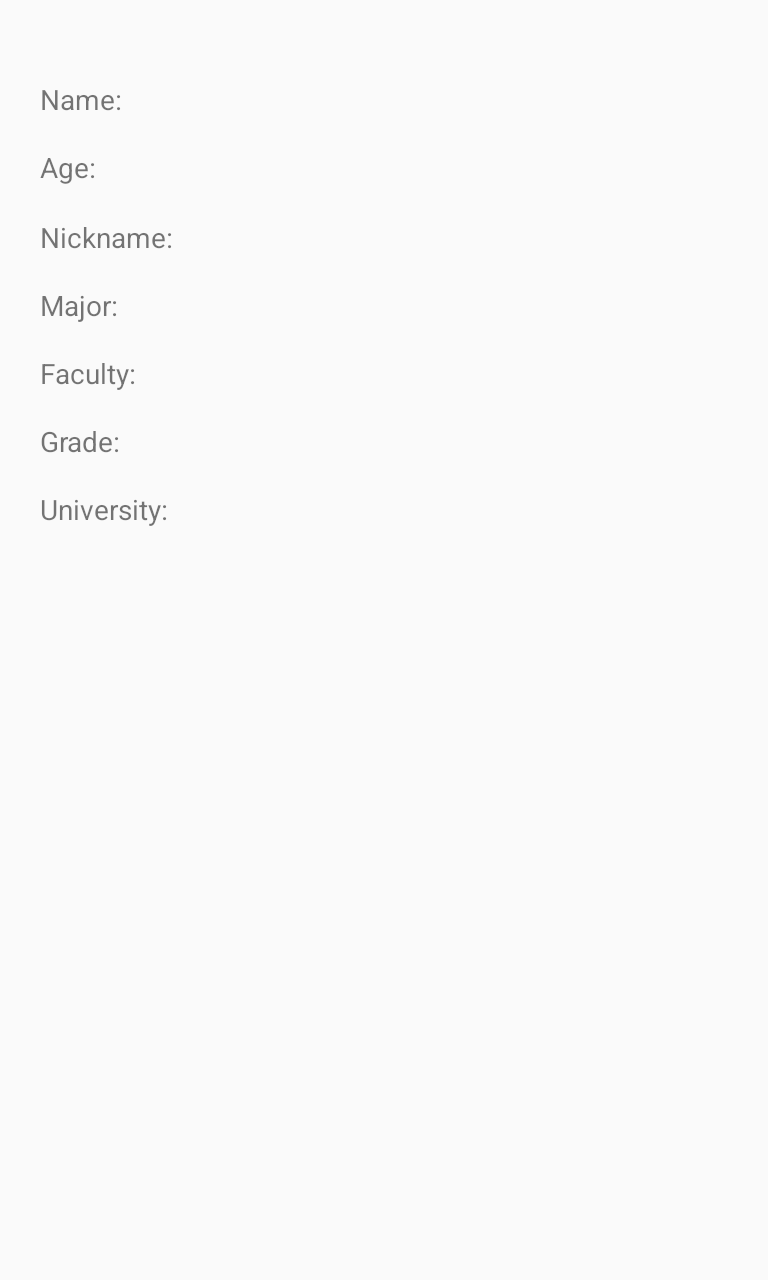
Repository: Android55410599/PROFILE
Layout: Resume_55410559/res/layout/resume.xml
The author's editor kept a copy of each file at every save. The layout is drawn from the files as they stood at one save, then again after the next save.
It is drawn on a 768 x 1280 px phone screen (xhdpi) without system bars, with theme AppTheme; the app's code is not run.

Above is the layout before, as saved 2014-09-06 02:14:46.

### Resume_55410559/res/layout/resume.xml
<?xml version="1.0" encoding="utf-8"?>
<RelativeLayout xmlns:android="http://schemas.android.com/apk/res/android"
    android:layout_width="match_parent"
    android:layout_height="match_parent" >

	<TextView
	    android:id="@+id/Textview1"
	    android:layout_width="wrap_content"
	    android:layout_height="wrap_content"
	    android:layout_marginLeft="20dp"
	    android:layout_marginTop="40dp"
	    android:text="Name: " />

	<TextView
	    android:id="@+id/textView2"
	    android:layout_width="wrap_content"
	    android:layout_height="wrap_content"
	    android:layout_alignParentLeft="true"
	    android:layout_below="@+id/Textview1"
	    android:layout_marginLeft="20dp"
	    android:layout_marginTop="15dp"
	    android:text="Age:" />

	<TextView
	    android:id="@+id/textView3"
	    android:layout_width="wrap_content"
	    android:layout_height="wrap_content"
	    android:layout_alignLeft="@+id/textView2"
	    android:layout_below="@+id/textView2"
	    android:layout_marginTop="16dp"
	    android:text="Nickname:" />

	<TextView
	    android:id="@+id/textView4"
	    android:layout_width="wrap_content"
	    android:layout_height="wrap_content"
	    android:layout_alignParentLeft="true"
	    android:layout_below="@+id/textView3"
	    android:layout_marginLeft="20dp"
	    android:layout_marginTop="15dp"
	    android:text="Major:" />

	<TextView
	    android:id="@+id/textView5"
	    android:layout_width="wrap_content"
	    android:layout_height="wrap_content"
	    android:layout_alignParentLeft="true"
	    android:layout_below="@+id/textView4"
	    android:layout_marginLeft="20dp"
	    android:layout_marginTop="15dp"
	    android:text="Faculty:" />

	<TextView
	    android:id="@+id/textView6"
	    android:layout_width="wrap_content"
	    android:layout_height="wrap_content"
	    android:layout_alignParentLeft="true"
	    android:layout_below="@+id/textView5"
	    android:layout_marginLeft="20dp"
	    android:layout_marginTop="15dp"
	    android:text="Grade:" />

	<TextView
	    android:id="@+id/textView7"
	    android:layout_width="wrap_content"
	    android:layout_height="wrap_content"
	    android:layout_alignParentLeft="true"
	    android:layout_below="@+id/textView6"
	    android:layout_marginLeft="20dp"
	    android:layout_marginTop="15dp"
	    android:text="University:" />

</RelativeLayout>

Loaded but not shown: Resume_55410559/res/values/styles.xml (common file); Resume_55410559/res/values-v11/styles.xml (common file); Resume_55410559/res/values-v14/styles.xml (common file)

After the next save:
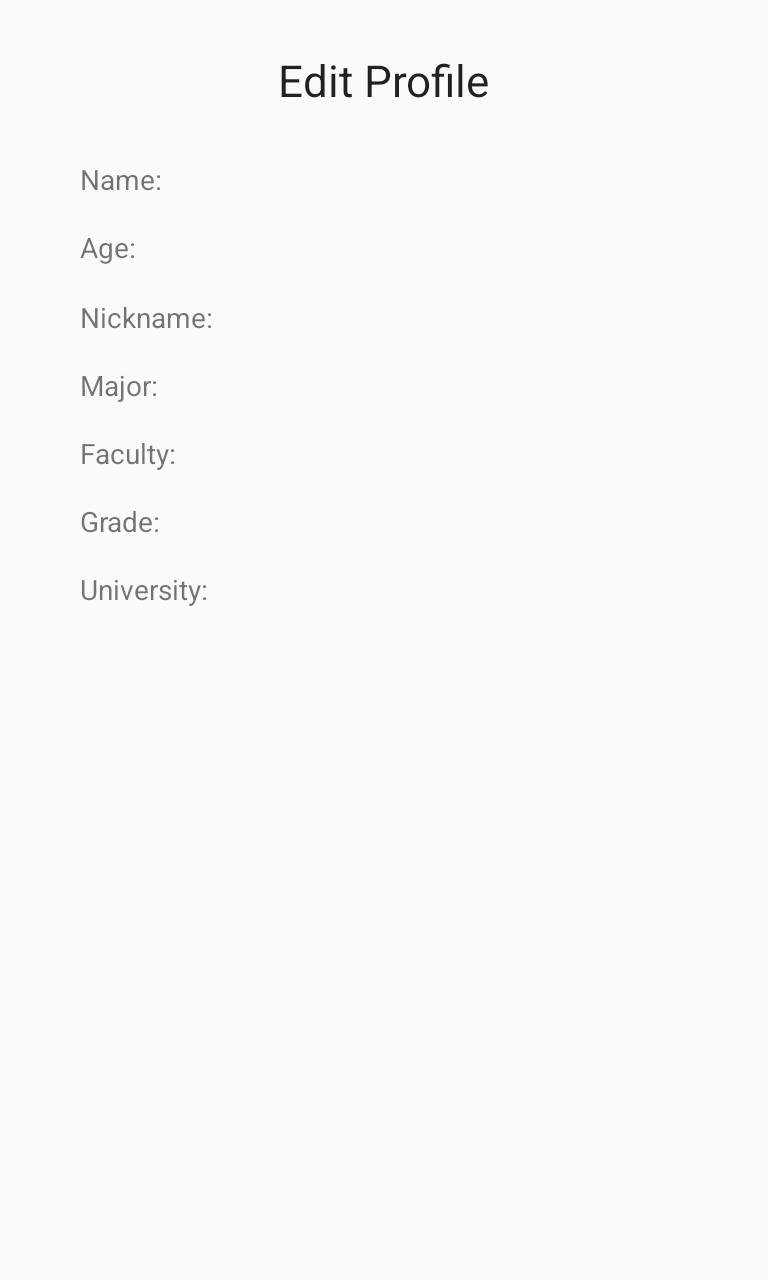
Saved 5 min 44 s later.
--- a/Resume_55410559/res/layout/resume.xml
+++ b/Resume_55410559/res/layout/resume.xml
@@ -7,8 +7,8 @@
 	    android:id="@+id/Textview1"
 	    android:layout_width="wrap_content"
 	    android:layout_height="wrap_content"
-	    android:layout_marginLeft="20dp"
-	    android:layout_marginTop="40dp"
+	    android:layout_marginLeft="40dp"
+	    android:layout_marginTop="80dp"
 	    android:text="Name: " />
 
 	<TextView
@@ -17,7 +17,7 @@
 	    android:layout_height="wrap_content"
 	    android:layout_alignParentLeft="true"
 	    android:layout_below="@+id/Textview1"
-	    android:layout_marginLeft="20dp"
+	    android:layout_marginLeft="40dp"
 	    android:layout_marginTop="15dp"
 	    android:text="Age:" />
 
@@ -36,7 +36,7 @@
 	    android:layout_height="wrap_content"
 	    android:layout_alignParentLeft="true"
 	    android:layout_below="@+id/textView3"
-	    android:layout_marginLeft="20dp"
+	    android:layout_marginLeft="40dp"
 	    android:layout_marginTop="15dp"
 	    android:text="Major:" />
 
@@ -46,7 +46,7 @@
 	    android:layout_height="wrap_content"
 	    android:layout_alignParentLeft="true"
 	    android:layout_below="@+id/textView4"
-	    android:layout_marginLeft="20dp"
+	    android:layout_marginLeft="40dp"
 	    android:layout_marginTop="15dp"
 	    android:text="Faculty:" />
 
@@ -56,7 +56,7 @@
 	    android:layout_height="wrap_content"
 	    android:layout_alignParentLeft="true"
 	    android:layout_below="@+id/textView5"
-	    android:layout_marginLeft="20dp"
+	    android:layout_marginLeft="40dp"
 	    android:layout_marginTop="15dp"
 	    android:text="Grade:" />
 
@@ -66,8 +66,22 @@
 	    android:layout_height="wrap_content"
 	    android:layout_alignParentLeft="true"
 	    android:layout_below="@+id/textView6"
-	    android:layout_marginLeft="20dp"
+	    android:layout_marginLeft="40dp"
 	    android:layout_marginTop="15dp"
 	    android:text="University:" />
 
+	<TextView
+	    android:id="@+id/textView8"
+	    android:layout_width="wrap_content"
+	    android:layout_height="wrap_content"
+	    android:layout_alignParentTop="true"
+	    android:layout_centerHorizontal="true"
+	    android:layout_marginTop="25dp"
+	    android:text="Edit Profile"
+	    android:textAppearance="?android:attr/textAppearanceLarge" />
+
+	<EditText
+
+	    />
+
 </RelativeLayout>
